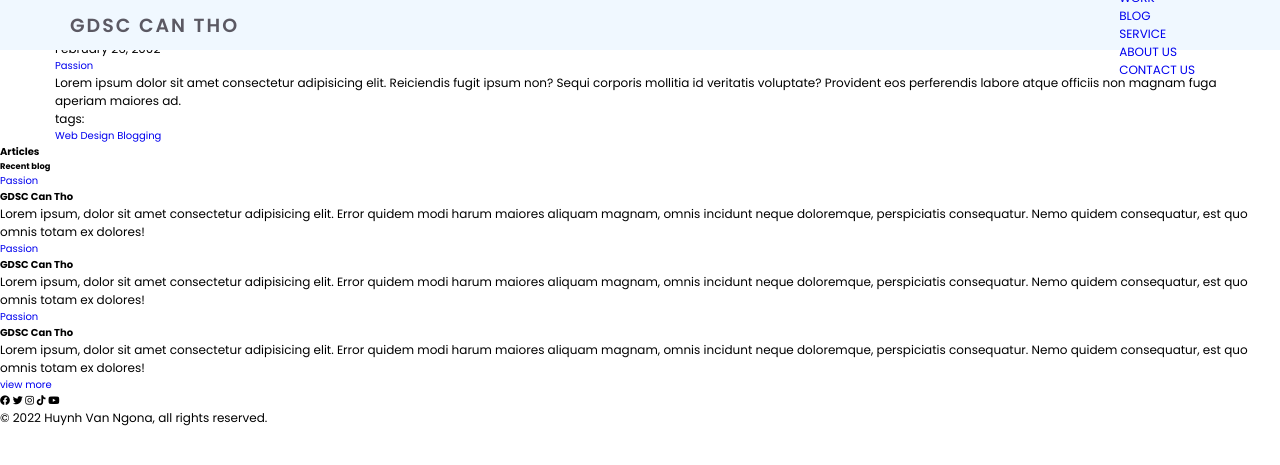
Repository: huynhvanngoan/TaskTeam5
Page: BlogPost/HTML/index.html
These files come from the project's save history. The page is drawn as it stood at one moment and after a run of saves; the edit follows.
The browser window is 1280 px wide. The pictures show the whole page.

Above is the page before, as saved 2022-10-17 00:11:57.

### BlogPost/HTML/index.html
<!DOCTYPE html>
<html lang="en">

<head>
    <meta charset="UTF-8">
    <meta http-equiv="X-UA-Compatible" content="IE=edge">
    <meta name="viewport" content="width=device-width, initial-scale=1.0">
    <title>Blog Post</title>
    <link rel="stylesheet" href="../CSS/style.css">

    <link rel="stylesheet" href="https://cdnjs.cloudflare.com/ajax/libs/font-awesome/6.2.0/css/all.min.css"
        referrerpolicy="no-referrer" />
</head>

<body>
    <header>
        <div class="navbar container">
            <div class="logo">
                <h1>GDSC Can Tho</h1>
            </div>
            <ul class="nav-list">
                <li><a href="#">Home</a></li>
                <li><a href="#">Work</a></li>
                <li><a href="#">Blog</a></li>
                <li><a href="#">Service</a></li>
                <li><a href="#">About Us</a></li>
                <li><a href="#">Contact Us</a></li>
            </ul>
        </div>
    </header>
    <div class="container">
        <div class="hero">

        </div>
        <main>
            <h2>GDSC Can Tho </h2>
            <div class="profile-container">
                <div class="profile">
                    <div class="img-container">

                    </div>
                    <div class="text">
                        <h3>Huynh Van Ngoan</h3>
                        <p>February 26, 2002</p>
                    </div>
                    <div class="button">
                        <a href="#" class="btn">Passion</a>
                    </div>
                </div>
                <div class="content">
                    <p>Lorem ipsum dolor sit amet consectetur adipisicing elit. Reiciendis fugit ipsum non? Sequi corporis mollitia id veritatis voluptate? Provident eos perferendis labore atque officiis non magnam fuga aperiam maiores ad.</p>
                </div>
            </div>
            <div class="tags">
                <p>tags: </p>
                <a href="#">Web Design</a>
                <a href="#">Blogging</a>
            </div>
        </main>
    </div>
    <div class="articles">
        <div class="articles-heading">
            <h4>Articles</h4>
            <h5>Recent blog</h5>
        </div>
        <div class="cards-container">
            <div class="card-container one">
                <div class="img-holder">
                    <a href="#">Passion</a>
                </div>
                <div class="card-text">
                    <h4>GDSC Can Tho</h4>
                    <p>Lorem ipsum, dolor sit amet consectetur adipisicing elit. Error quidem modi harum maiores aliquam magnam, omnis incidunt neque doloremque, perspiciatis consequatur. Nemo quidem consequatur, est quo omnis totam ex dolores!</p>
                </div>
            </div>
            <div class="card-container one">
                <div class="img-holder">
                    <a href="#">Passion</a>
                </div>
                <div class="card-text">
                    <h4>GDSC Can Tho</h4>
                    <p>Lorem ipsum, dolor sit amet consectetur adipisicing elit. Error quidem modi harum maiores aliquam magnam,
                        omnis incidunt neque doloremque, perspiciatis consequatur. Nemo quidem consequatur, est quo omnis totam ex
                        dolores!</p>
                </div>
            </div>
            <div class="card-container one">
                <div class="img-holder">
                    <a href="#">Passion</a>
                </div>
                <div class="card-text">
                    <h4>GDSC Can Tho</h4>
                    <p>Lorem ipsum, dolor sit amet consectetur adipisicing elit. Error quidem modi harum maiores aliquam magnam,
                        omnis incidunt neque doloremque, perspiciatis consequatur. Nemo quidem consequatur, est quo omnis totam ex
                        dolores!</p>
                </div>
            </div>
        </div>
        <div class="button">
            <a href="#" class="btn">view more</a>
        </div>
    </div>
    <footer>
        <div class="icons">
            <div class="social">
                <i class="fab fa-facebook"></i>
                <i class="fab fa-twitter"></i>
                <i class="fab fa-instagram"></i>
                <i class="fab fa-tiktok"></i>
                <i class="fab fa-youtube"></i>
            </div>
            <div class="copyright">
                <p>&copy; 2022 Huynh Van Ngona, all rights reserved.</p>
            </div>
        </div>
    </footer>
</body>

</html>

### BlogPost/CSS/style.css
/* Google font cdn link */
@import url('https://fonts.googleapis.com/css2?family=Poppins:ital,wght@0,100;0,200;0,300;0,400;0,500;0,600;0,700;0,800;0,900;1,100;1,200;1,300;1,400;1,500;1,600;1,700;1,800;1,900&display=swap');

* {
    margin: 0;
    padding: 0;
    box-sizing: border-box;
    font-family: 'Poppins', sans-serif;
}

html{
    font-size: 10px;
}
li{
    list-style: none;
}
a{
    text-decoration: none;
}
h1{
    font-size: 1.9rem;
}
p{
    font-size: 1.2rem;
}
header{
    width: 100%;
    height: 5em;
    background-color: aliceblue;
    position: fixed;
    top: 0;
    z-index: 333;
}
.container{
    width: 96%;
    max-width: 117rem;
    margin: 0 auto;
}
.navbar {
    width: 100%;
    height: 100%;
    display: flex;
    justify-content: space-between;
    align-items: center;
    padding: 0 1.5rem;
}
.navbar h1{
    text-transform: uppercase;
    color:#5b5963;
    font-weight: 600;
    letter-spacing: 2px;
    cursor: pointer;
}
.navber ul{
    display: flex;
    justify-content: center;
    align-items: center;
}
.navbar ul a{
    font-size: 1.2rem;
    padding: 1.5rem;
    text-transform: uppercase;
    color
}

After the next 3 saves:
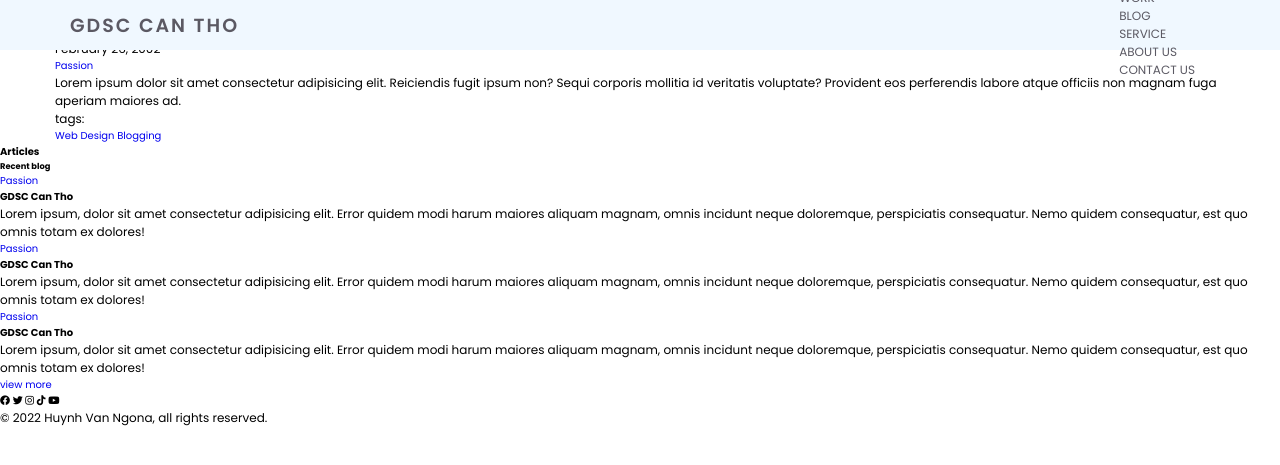
The 3 saves are shown as one change because they came seconds apart.
The last was saved 9 s later.
--- a/BlogPost/CSS/style.css
+++ b/BlogPost/CSS/style.css
@@ -60,5 +60,6 @@ header{
     font-size: 1.2rem;
     padding: 1.5rem;
     text-transform: uppercase;
-    color
+    color: #5b5963;
+    fw
 }
